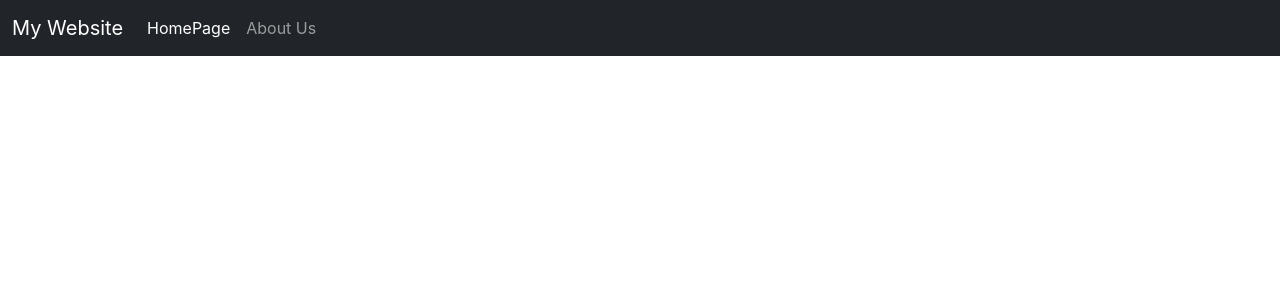
Repository: WajihaGul/Reactjs
Page: /
An editor plug-in stored every save of this project. The page is shown before and after a run of saves, followed by the edit.
The browser window is 1280 px wide. The pictures show the whole page.
The project was rebuilt for these pictures with package versions that can differ from the ones it lists, and the page was loaded fresh each time. Also part of the build but not shown: src/App.css.

Above is the page before, as saved 2024-02-07 20:25:38.

After the next 2 saves:
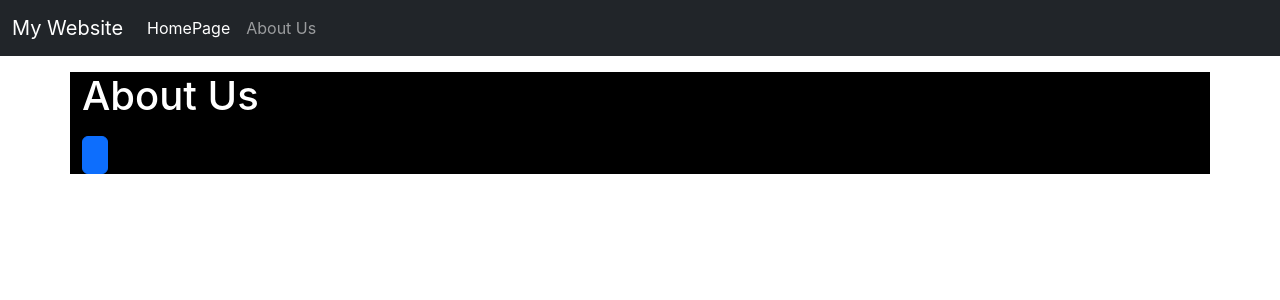
The 2 saves are shown as one change because 1 did not build or start.
The last was saved 27 s later.
--- a/src/App.js
+++ b/src/App.js
@@ -27,7 +27,7 @@ const toggleMode = ()=>{
   return (
 <>
 <Navbar title="My Website" about="About Us" home="HomePage"   />
-
+<About/>
 </>
   );
 }
--- a/src/Components/About.js
+++ b/src/Components/About.js
@@ -28,7 +28,7 @@ export default function About() {
     return (
     <div className='container my-3' style={style}>
         <h1>About Us</h1>
-<div className="accordion" id="accordionExample" style={style}>
+{/* <div className="accordion" id="accordionExample" style={style}>
   <div className="accordion-item">
     <h2 className="accordion-header">
       <button  className="accordion-button" style={style} type="button" data-bs-toggle="collapse" data-bs-target="#collapseOne" aria-expanded="true" aria-controls="collapseOne">
@@ -65,7 +65,7 @@ export default function About() {
       </div>
     </div>
   </div>
-</div>
+</div> */}
 <div className='my-3'>
   <input className="btn btn-primary" type="button" btnText onClick={toggleMode}></input>
 </div>
